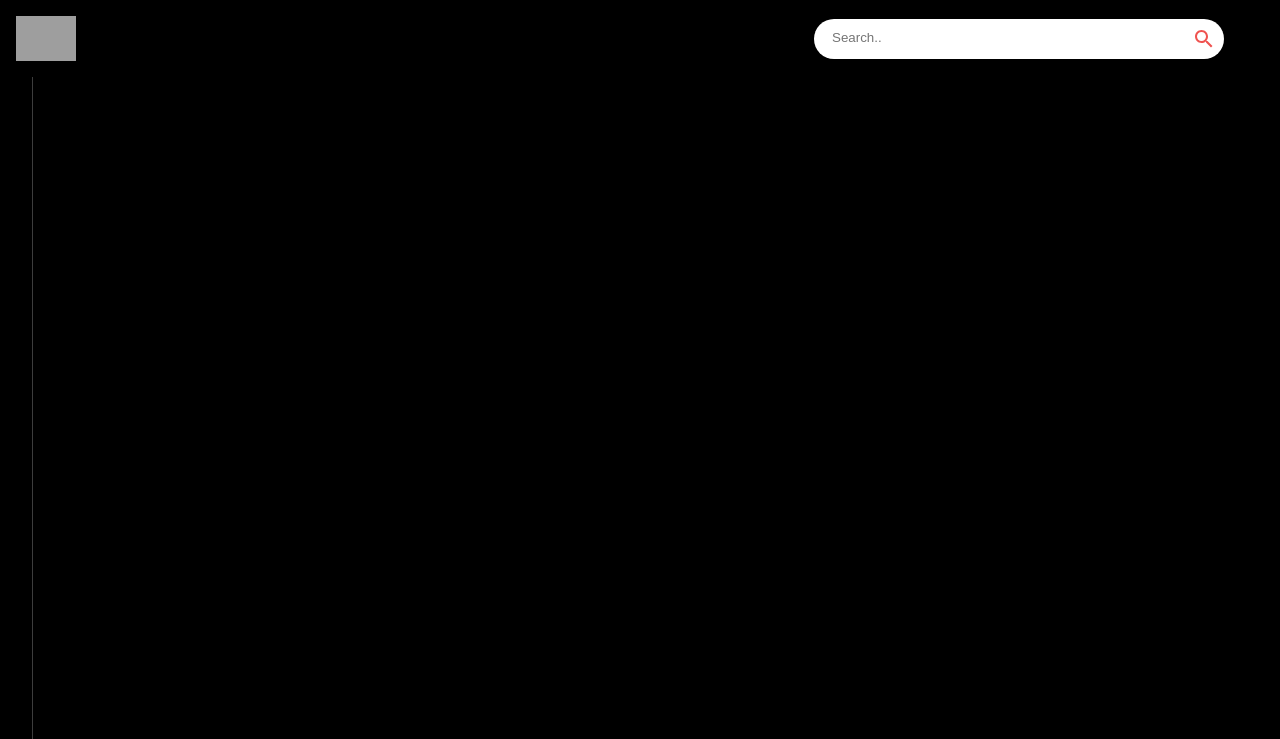
Repository: Arteinsana7/youtube_clone
Page: /
The author's editor kept a copy of each file at every save. The page is drawn from the files as they stood at one save, then again after the next save.
The browser window is 1280 px wide. The pictures show the whole page.
Pictures or frames that could not be fetched are drawn as grey boxes. The project was rebuilt for these pictures with package versions that can differ from the ones it lists, and the page was loaded fresh each time. Also part of the build but not shown: src/utils/constants.js, src/components/ChannelDetail.jsx, src/components/SearchFeed.jsx, src/components/VideoDetail.jsx.

Above is the page before, as saved 2024-05-29 13:25:01.

After the next save:
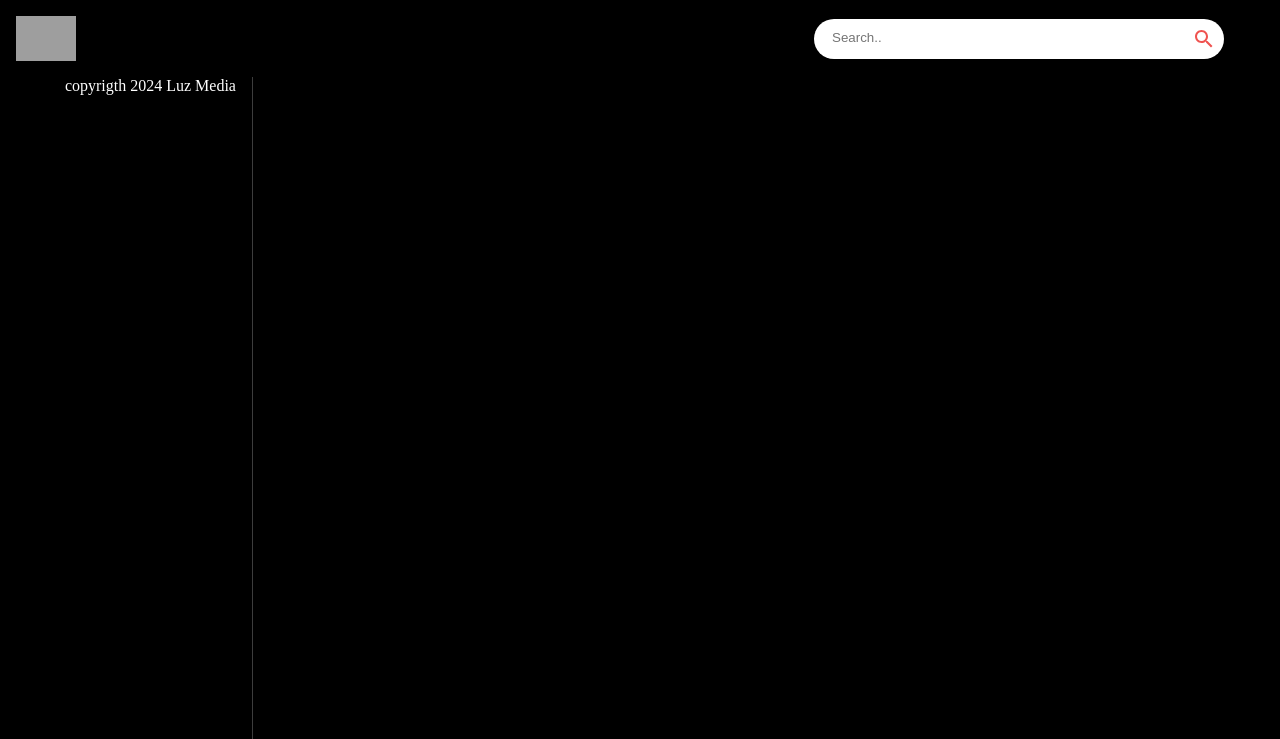
Saved 7 min 0 s later.
--- a/src/components/Feed.jsx
+++ b/src/components/Feed.jsx
@@ -7,6 +7,11 @@
     <Stack
     sx={{ flexDirection: {sx:"column", md:"row" } }} >
       <Box sx={{ height: {sx: 'auto',md:'92vh'}, borderRight:'1px solid #3d3d3d', px:{sx:0, md:2}}}>
+        Sidebar
+        <Typography className='copyrigth'
+        variant='body 2' sx={{mt:1.5, color:'#fff'}}>
+          copyrigth 2024 Luz Media
+        </Typography>
         </Box>
       Feed
     </Stack>
